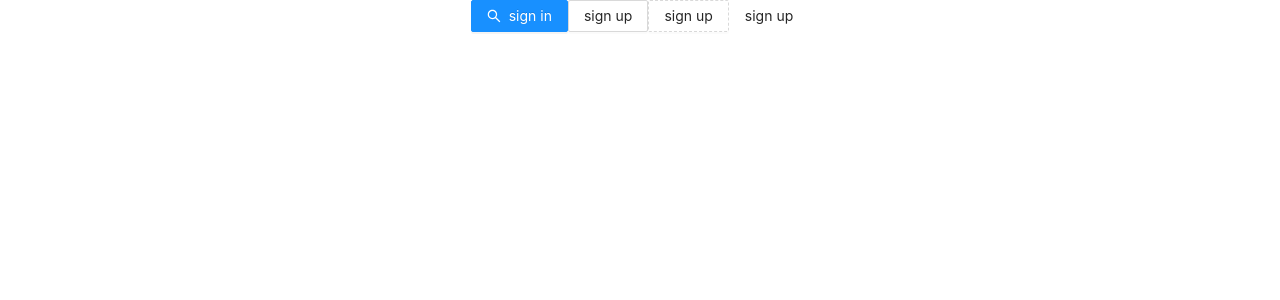
Repository: ErosHai/antd-demo
Page: /
The author's editor kept a copy of each file at every save. The page is drawn from the files as they stood at one save, then again after the next save.
The browser window is 1280 px wide. The pictures show the whole page.
The project was rebuilt for these pictures with package versions that can differ from the ones it lists, and the page was loaded fresh each time.

Above is the page before, as saved 2022-04-12 13:55:22.

### src/App.js
import './App.css'
import { Button } from 'antd'
import { SearchOutlined } from '@ant-design/icons'

function App() {
	return (
		<div className="App">
			<Button type="primary" shape="" icon={<SearchOutlined />}>
				sign in
			</Button>
			<Button type="default">sign up</Button>
			<Button type="dashed">sign up</Button>
			<Button type="text">sign up</Button>
		</div>
	)
}

export default App

Loaded but not shown: public/index.html (common file); src/index.js (common file); src/index.css (common file); src/reportWebVitals.js (common file); src/App.css (common file)

After the next save:
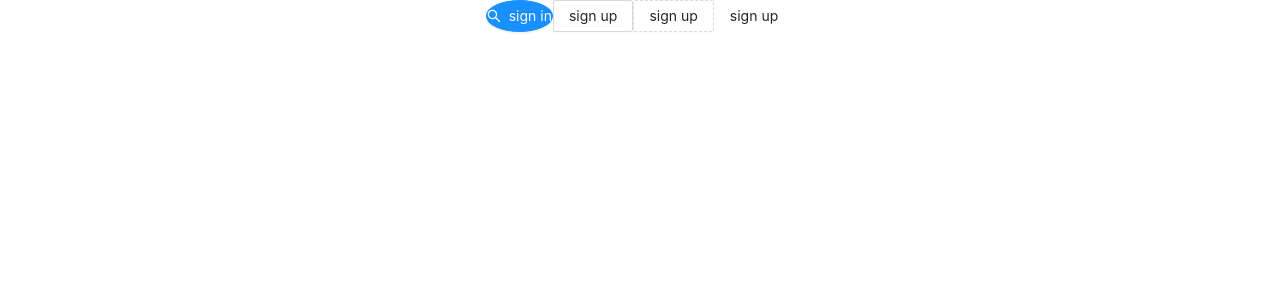
Saved 5 s later.
--- a/src/App.js
+++ b/src/App.js
@@ -5,7 +5,7 @@ import { SearchOutlined } from '@ant-design/icons'
 function App() {
 	return (
 		<div className="App">
-			<Button type="primary" shape="" icon={<SearchOutlined />}>
+			<Button type="primary" shape="circle" icon={<SearchOutlined />}>
 				sign in
 			</Button>
 			<Button type="default">sign up</Button>
